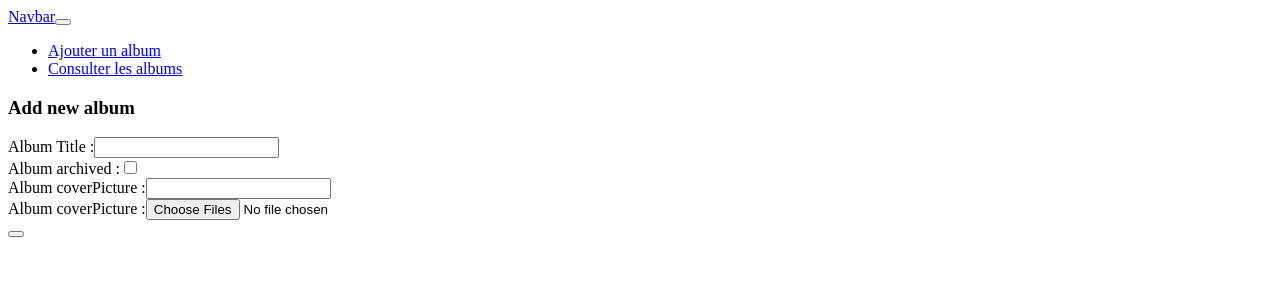
Repository: yassinecher/TestCC4SAE6
Page: /albums/add
These files come from the project's save history. The page is drawn as it stood at one moment and after the next save; the edit follows.
The browser window is 1280 px wide. The pictures show the whole page.
The project was rebuilt for these pictures with package versions that can differ from the ones it lists, and the page was loaded fresh each time. Also part of the build but not shown: angular.json, src/app/components/albums/albums.component.ts, src/app/components/not-found/not-found.component.ts.

Above is the page before, as saved 2024-12-20 14:55:34.

### src/index.html
<!doctype html>
<html lang="en">
<head>
  <meta charset="utf-8">
  <title>TestCCYassinecherni</title>
  <base href="/">
  <meta name="viewport" content="width=device-width, initial-scale=1">
  <link rel="icon" type="image/x-icon" href="favicon.ico">
</head>
<body>
  <app-root></app-root>
</body>
</html>

### src/app/app.module.ts
import { NgModule } from '@angular/core';
import { BrowserModule } from '@angular/platform-browser';

import { AppComponent } from './app.component';
import { AppRoutingModule } from './app-routing.module';
import { NavBarComponent } from './components/nav-bar/nav-bar.component';
import { AlbumsComponent } from './components/albums/albums.component';
import { AddAlbumsComponent } from './components/add-albums/add-albums.component';
import { NotFoundComponent } from './components/not-found/not-found.component';
import { FormsModule, ReactiveFormsModule } from '@angular/forms';

@NgModule({
  declarations: [
    AppComponent,
    NavBarComponent,
    AlbumsComponent,
    AddAlbumsComponent,
    NotFoundComponent,

  ],
  imports: [
    BrowserModule,
    AppRoutingModule,
    FormsModule,

    ReactiveFormsModule
  ],
  providers: [],
  bootstrap: [AppComponent]
})
export class AppModule { }

### src/app/app.component.ts
import { Component } from '@angular/core';

@Component({
  selector: 'app-root',
  templateUrl: './app.component.html',
  styleUrls: ['./app.component.css']
})
export class AppComponent {
  title = 'testCC_Yassinecherni';
}

### src/app/app-routing.module.ts
import { NgModule } from '@angular/core';
import { RouterModule, Routes } from '@angular/router';
import { AlbumsComponent } from './components/albums/albums.component';
import { AddAlbumsComponent } from './components/add-albums/add-albums.component';
import { NotFoundComponent } from './components/not-found/not-found.component';

const routes: Routes = [
  { path: 'albums', component: AlbumsComponent },
  { path: '', redirectTo: '/albums', pathMatch: 'full' },

  { path: 'albums/add', component: AddAlbumsComponent },
  { path: '**', component: NotFoundComponent },
];

@NgModule({
  imports: [RouterModule.forRoot(routes)],
  exports: [RouterModule]
})
export class AppRoutingModule { }

### src/app/components/add-albums/add-albums.component.ts
import { Component, OnInit } from '@angular/core';
import { FormControl, FormGroup, Validators } from '@angular/forms';

@Component({
  selector: 'app-add-albums',
  templateUrl: './add-albums.component.html',
  styleUrls: ['./add-albums.component.css']
})
export class AddAlbumsComponent  {
updateFiles($event: any) {
  console.log($event.target.files)
}
add() {
console.log(this.album.value)

}
  album!: FormGroup;
  ngOnInit(): void {
    this.album = new FormGroup({
      title: new FormControl('', [
        Validators.required,
        Validators.pattern('[0-9 a-z A-Z]+'),
      ]),
      creationDate: new FormControl(new Date(), [
        Validators.required,
      ]),
      archived: new FormControl(0),
      coverPicture: new FormControl('', [Validators.minLength(5)]),
      photos: new FormControl([]),

    });

  }
}

### src/app/app.component.html
<app-nav-bar>
</app-nav-bar>

  <router-outlet></router-outlet>

### src/app/components/nav-bar/nav-bar.component.html
<nav class="navbar navbar-expand-lg navbar-light bg-light">
    <div class="container-fluid">
        <a class="navbar-brand" href="#">Navbar</a>
        <button class="navbar-toggler" type="button" data-bs-toggle="collapse" data-bs-target="#navbarNav"
            aria-controls="navbarNav" aria-expanded="false" aria-label="Toggle navigation">
            <span class="navbar-toggler-icon"></span>
        </button>
        <div class="collapse navbar-collapse" id="navbarNav">
            <ul class="navbar-nav">
                <li class="nav-item">
                    <a class="nav-link active" aria-current="page"
                    routerLink="/albums/add">Ajouter un album</a>
                </li>
                <li class="nav-item">
                    <a class="nav-link active" aria-current="page"
                    routerLink="/albums">Consulter les albums</a>
                </li>
            </ul>
        </div>
    </div>
</nav>

### src/app/components/add-albums/add-albums.component.html
<div class="container">
    <div class="row">
        <h3>Add new album</h3>
    </div>
    <div class="row">
        <form [formGroup]="album">
            <div class="mb-3">
                <label>Album Title :</label>
                <input type="text" class="form-control" formControlName="title">
                <div class="alert alert-danger" *ngIf="album.get('title')!.invalid
                && (album.get('title')!.touched||album.get('title')!.dirty)">
                    <div *ngIf="album.get('title')!.hasError('required')">
                        album Title is required</div>
                    <div *ngIf="album.get('title')!.hasError('pattern')">
                        album Title invalid</div>
                </div>
            </div>
            <div class="mb-3">
                <label>Album archived :</label>
                <input type="checkbox" class="form-control" formControlName="archived">
            </div>
            <div class="mb-3">
                <label>Album coverPicture :</label>
                <input type="text" class="form-control" formControlName="coverPicture">
                <div class="alert alert-danger" *ngIf="album.get('coverPicture')!.invalid
                && (album.get('coverPicture')!.touched||album.get('coverPicture')!.dirty)">
                    <div *ngIf="album.get('coverPicture')!.hasError('required')">
                        album number is required</div>
                    <div *ngIf="album.get('coverPicture')!.hasError('pattern')">
                        album number invalid</div>
                </div>
            </div>
            <div class="mb-3">
                <label>Album coverPicture :</label>
                <input (change)="updateFiles($event)" type="file"  multiple class="form-control" formControlName="coverPicture">
                <div class="alert alert-danger" *ngIf="album.get('coverPicture')!.invalid
                && (album.get('coverPicture')!.touched||album.get('coverPicture')!.dirty)">
                    <div *ngIf="album.get('coverPicture')!.hasError('required')">
                        album number is required</div>
                    <div *ngIf="album.get('coverPicture')!.hasError('pattern')">
                        album number invalid</div>
                </div>
            </div>
            <div class="mb-3">
                <button type="sumbit" value="Submit" class="btn btn-outline-success" (click)="add()"></button>
            </div>
        </form>
    </div>
</div>

Loaded but not shown: src/styles.css (common file); src/main.ts (common file); src/app/components/nav-bar/nav-bar.component.ts (common file); src/app/app.component.css (no stored copy; drawn as an empty file); src/app/components/add-albums/add-albums.component.css (no stored copy; drawn as an empty file); src/app/components/nav-bar/nav-bar.component.css (no stored copy; drawn as an empty file)

After the next save:
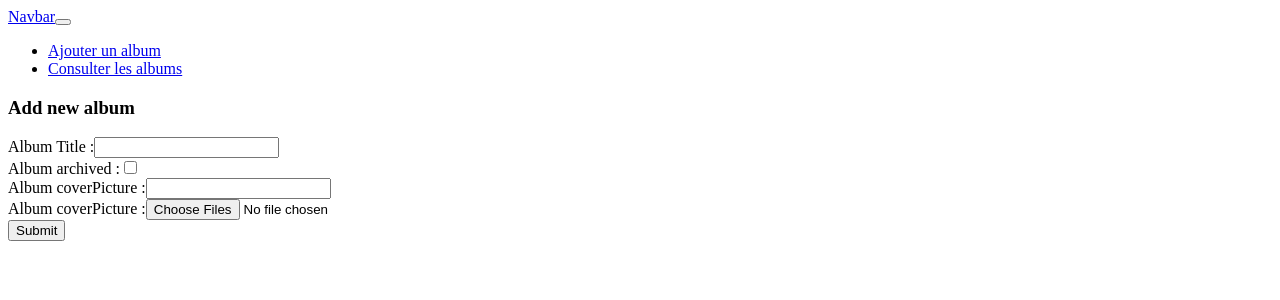
Saved 8 s later.
--- a/src/app/components/add-albums/add-albums.component.html
+++ b/src/app/components/add-albums/add-albums.component.html
@@ -42,7 +42,7 @@
                 </div>
             </div>
             <div class="mb-3">
-                <button type="sumbit" value="Submit" class="btn btn-outline-success" (click)="add()"></button>
+                <button type="sumbit" value="Submit" class="btn btn-outline-success" (click)="add()">Submit</button>
             </div>
         </form>
     </div>
